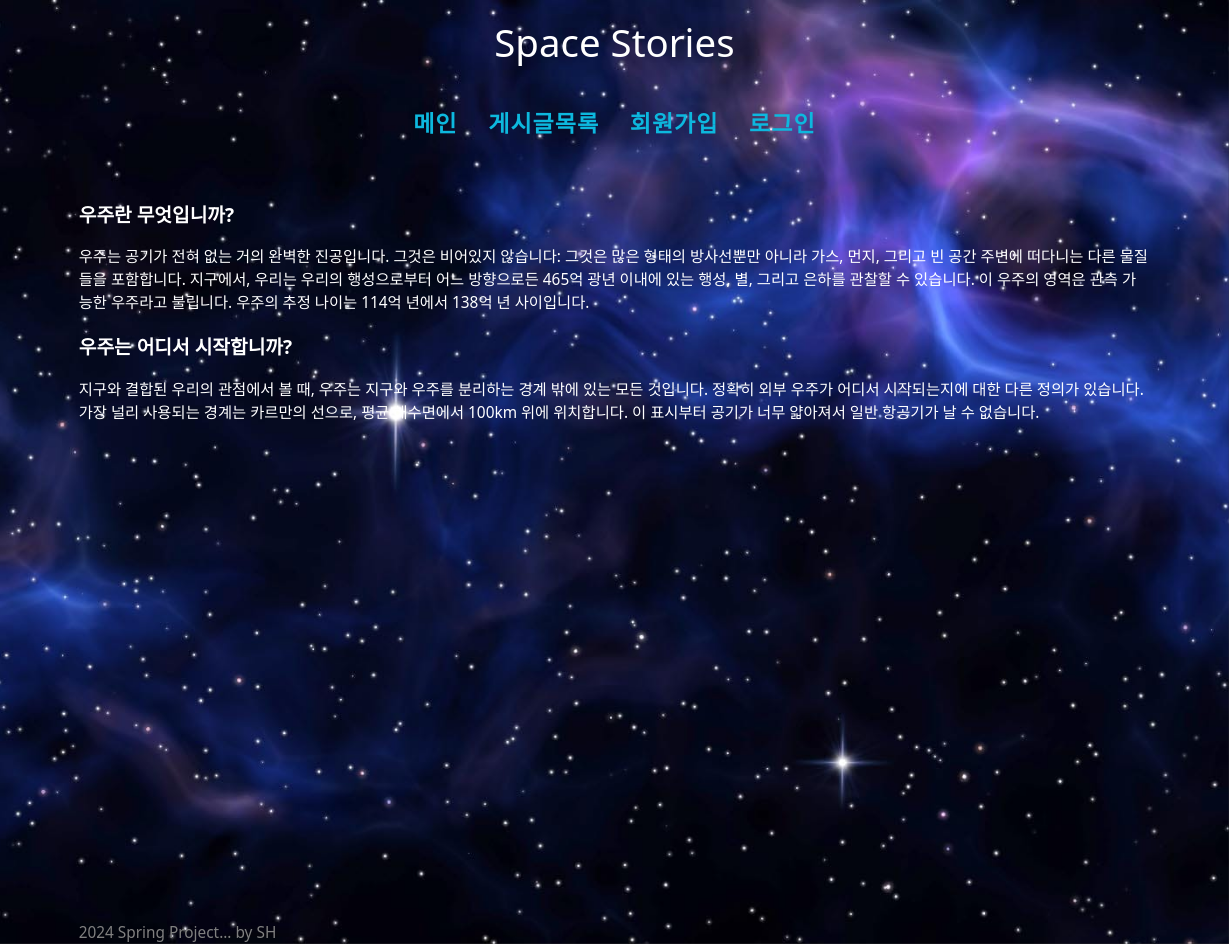
Repository: dtkd19/spring_personal_project
Page: http://localhost/myproject/WEB-INF/views/home.jsp
The author's editor kept a copy of each file at every save. The page is drawn from the files as they stood at one save, then again after the next save.
The browser window is 1280 px wide. The pictures show the whole page, at 96% of full size.
The page is served by Tomcat 9. Nobody is signed in. The template is opened directly, without the code that normally fills it, so the values that code supplies are empty.

Above is the page before, as saved 2024-11-08 08:22:50.

After the next save:
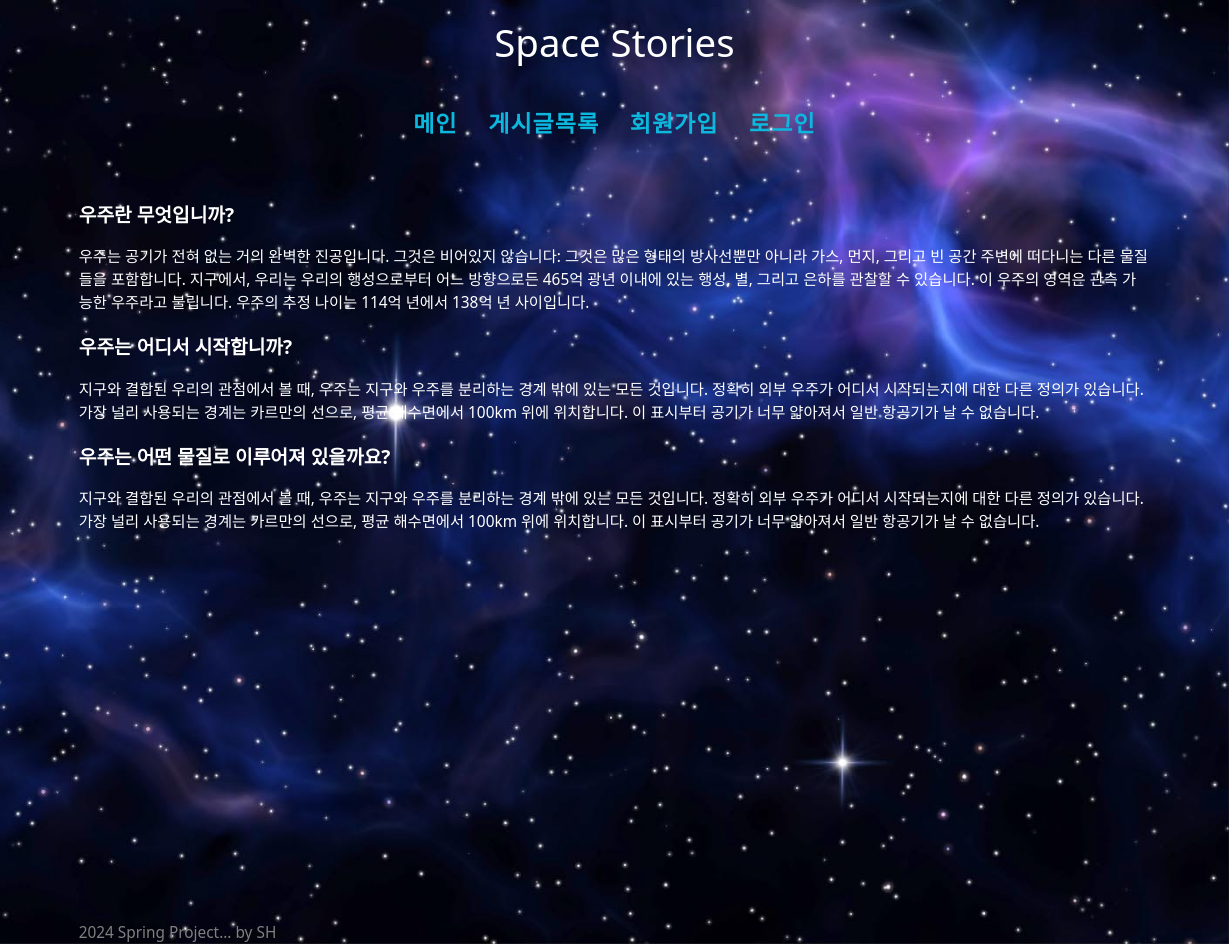
Saved 30 s later.
--- a/myproject/src/main/webapp/WEB-INF/views/home.jsp
+++ b/myproject/src/main/webapp/WEB-INF/views/home.jsp
@@ -31,6 +31,11 @@
 지구에서, 우리는 우리의 행성으로부터 어느 방향으로든 465억 광년 이내에 있는 행성, 별, 그리고 은하를 관찰할 수 있습니다. 이 우주의 영역은 관측 가능한 우주라고 불립니다. 우주의 추정 나이는 114억 년에서 138억 년 사이입니다.
 </span>
 <p> 우주는 어디서 시작합니까? </p>
+<span>
+지구와 결합된 우리의 관점에서 볼 때, 우주는 지구와 우주를 분리하는 경계 밖에 있는 모든 것입니다.
+정확히 외부 우주가 어디서 시작되는지에 대한 다른 정의가 있습니다. 가장 널리 사용되는 경계는 카르만의 선으로, 평균 해수면에서 100km 위에 위치합니다. 이 표시부터 공기가 너무 얇아져서 일반 항공기가 날 수 없습니다.
+</span>
+<p> 우주는 어떤 물질로 이루어져 있을까요? </p>
 <span>
 지구와 결합된 우리의 관점에서 볼 때, 우주는 지구와 우주를 분리하는 경계 밖에 있는 모든 것입니다.
 정확히 외부 우주가 어디서 시작되는지에 대한 다른 정의가 있습니다. 가장 널리 사용되는 경계는 카르만의 선으로, 평균 해수면에서 100km 위에 위치합니다. 이 표시부터 공기가 너무 얇아져서 일반 항공기가 날 수 없습니다.
